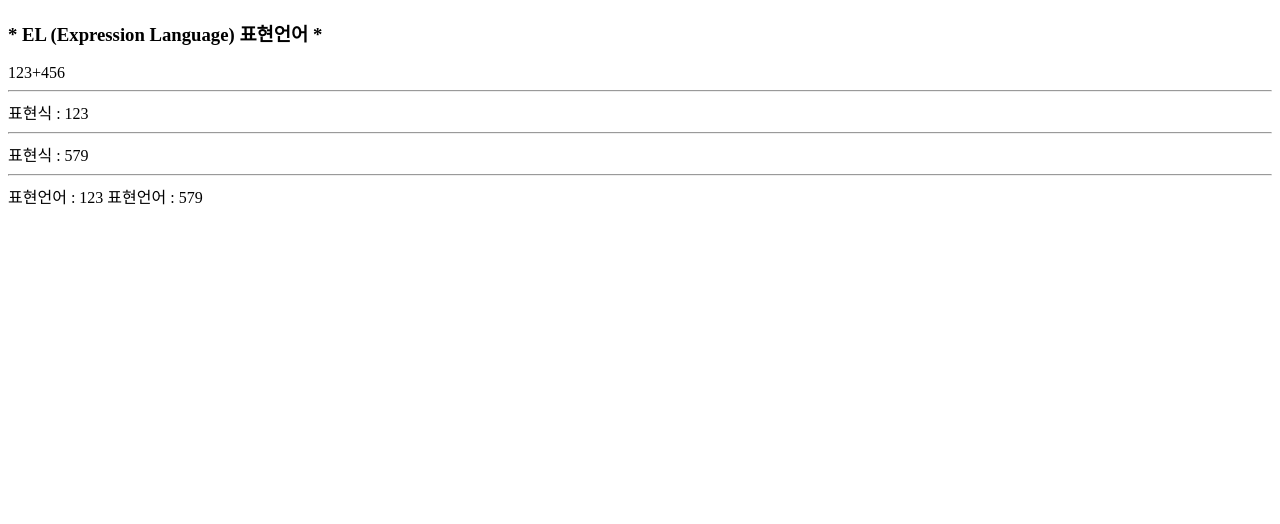
Repository: wlsgml0156/basicJava
Page: http://localhost/mvcTest/el/elTest3.jsp
An editor plug-in stored every save of this project. The page is shown before and after the next save, followed by the edit.
The browser window is 1280 px wide. The pictures show the whole page.
The page is served by Tomcat 9. Other server files are loaded and not shown.

Above is the page before, as saved 2020-01-30 01:16:40.

### mvcTest/WebContent/el/elTest3.jsp
<%@ page language="java" contentType="text/html; charset=UTF-8"%>
<!DOCTYPE html>
<html>
<head>
<meta charset="UTF-8">
<title>elTest1.jsp</title>
</head>
<body>
<h3>* EL (Expression Language) 표현언어 *</h3>
123+456<hr>
표현식 : <%=123%><hr>
표현식 : <%=123+456%><hr>
표현언어 : ${123}
표현언어 : ${123+456}








</body>
</html>

After the next save:
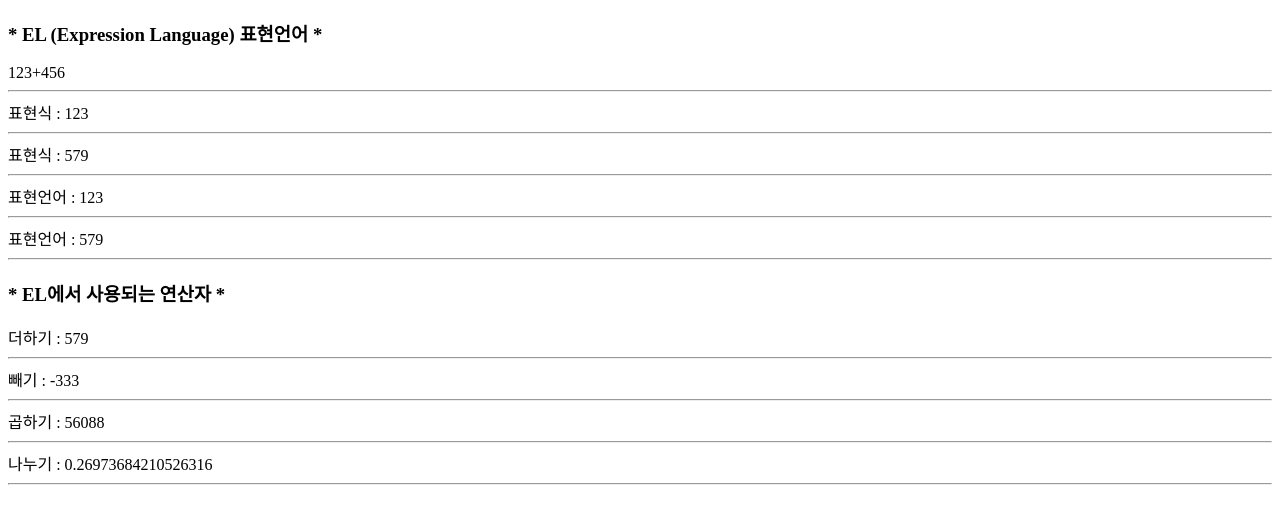
Saved 104 s later.
--- a/mvcTest/WebContent/el/elTest3.jsp
+++ b/mvcTest/WebContent/el/elTest3.jsp
@@ -10,10 +10,14 @@
 123+456<hr>
 표현식 : <%=123%><hr>
 표현식 : <%=123+456%><hr>
-표현언어 : ${123}
-표현언어 : ${123+456}
+표현언어 : ${123}<hr>
+표현언어 : ${123+456}<hr>
 
-
+<h3>* EL에서 사용되는 연산자 *</h3>
+더하기 :  ${123+456} <hr>
+빼기   :  ${123-456} <hr>
+곱하기 :  ${123*456} <hr>
+나누기 :  ${123/456} <hr>
 
 
 
